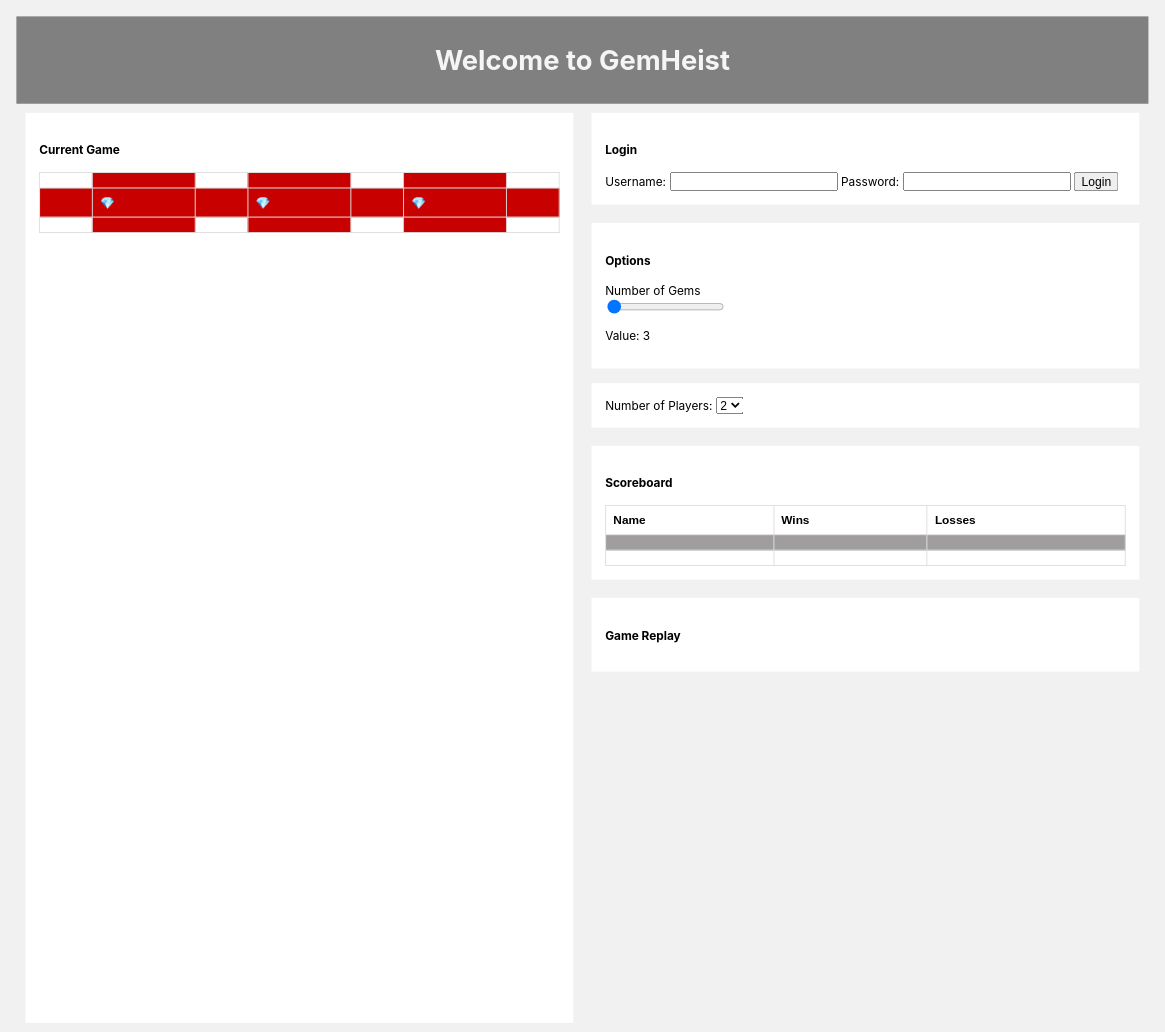
Repository: komalharjani/Gem-Heist
Page: board.html
These files come from the project's save history. The page is drawn as it stood at one moment and after the next save; the edit follows.
The browser window is 1280 px wide. The pictures show the whole page, at 91% of full size.

Above is the page before, as saved 2020-04-07 20:47:57.

After the next save:
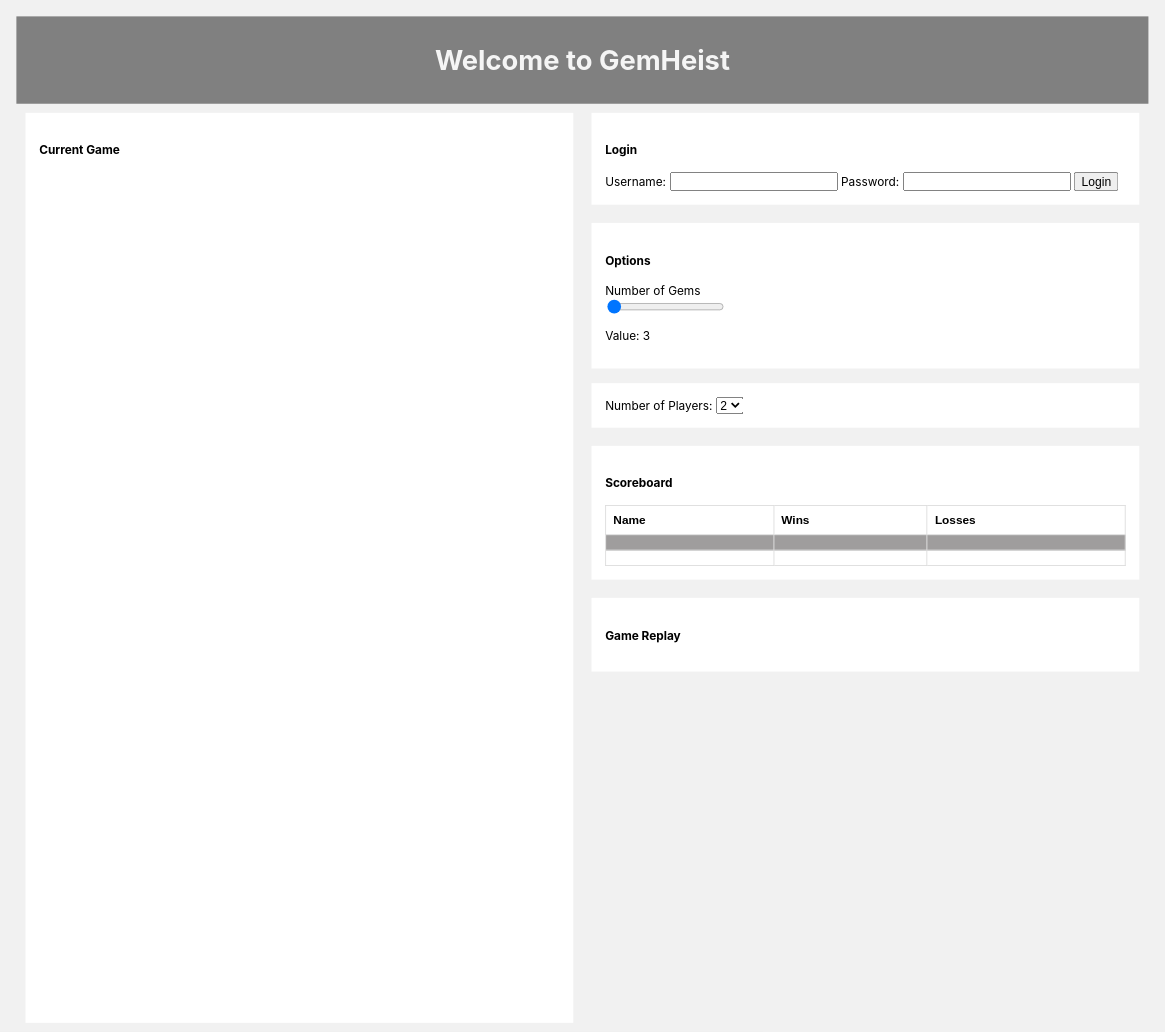
Console error: TypeError: Cannot read properties of undefined (reading 'push')
Saved 39 h 59 min later.
--- a/model_Board.js
+++ b/model_Board.js
@@ -18,6 +18,7 @@
 for (var i = 0; i < height; i++) {
     currState[i] = [];
 }
+currState[i].push(true);
 
 //array of state of board
 
@@ -28,15 +29,13 @@
 //synchronise with model
 //if true draw alarm else draw
 function drawBoard() {
+    //Create rows and tables according to specified height and width
     var table = document.createElement("table");
     for (var i = 0; i < height; i++) { //loop through height
         var row = document.createElement('tr'); //create rows for each height
         for (var j = 0; j < width; j++) { //loop through width
             var cell = document.createElement('td'); //create columns for each width
-            //bind ids to cells [i][j]
-            let state = true;
             pieces[i].push(cell);
-            currState[i].push(true);
             cell.setAttribute("row", i);
             cell.setAttribute("col", j);
 

After the save that followed:
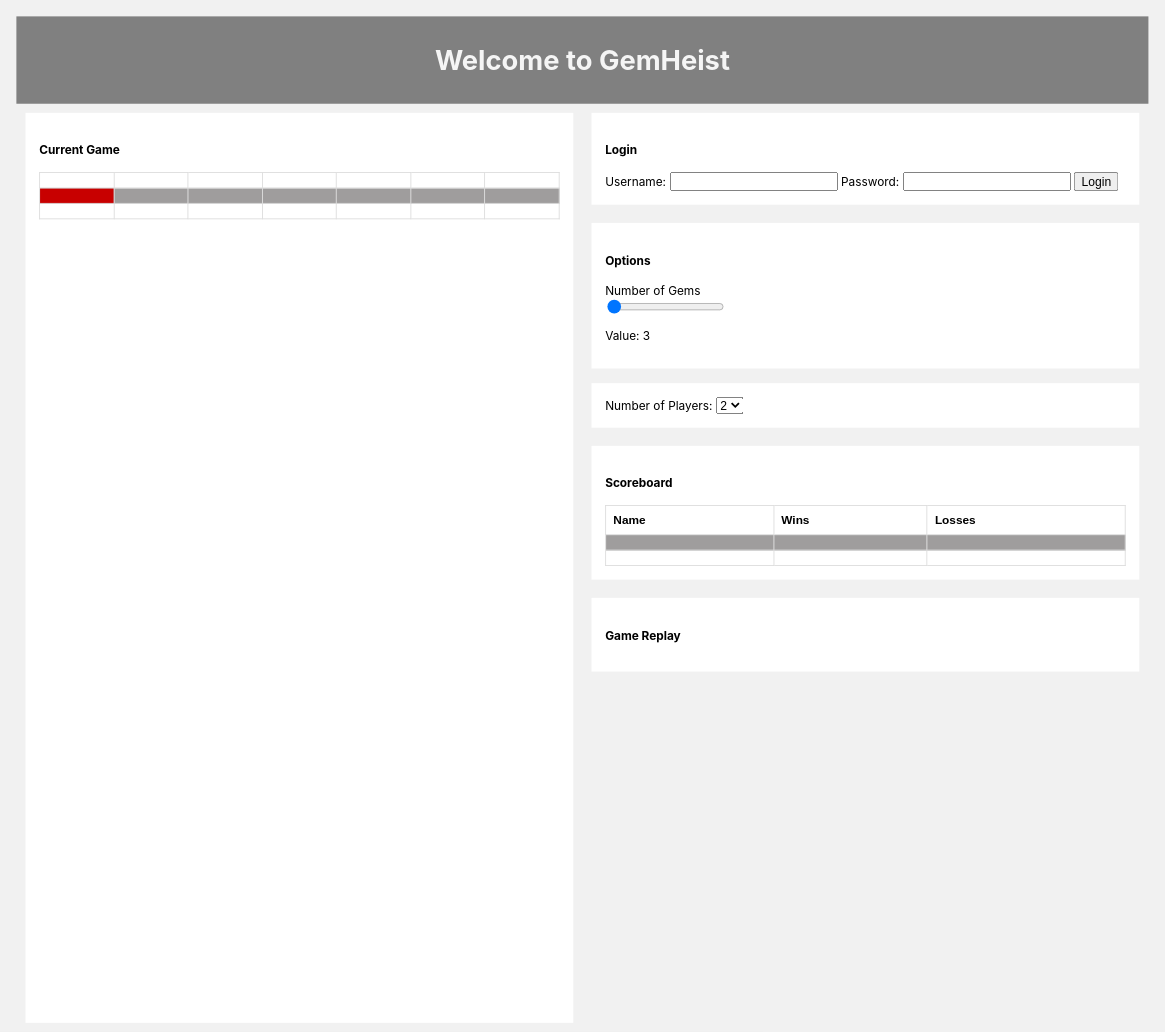
The error is gone.
Saved 7 s later.
--- a/model_Board.js
+++ b/model_Board.js
@@ -17,8 +17,8 @@
 var currState = [];
 for (var i = 0; i < height; i++) {
     currState[i] = [];
+    currState[i].push(true);
 }
-currState[i].push(true);
 
 //array of state of board
 
